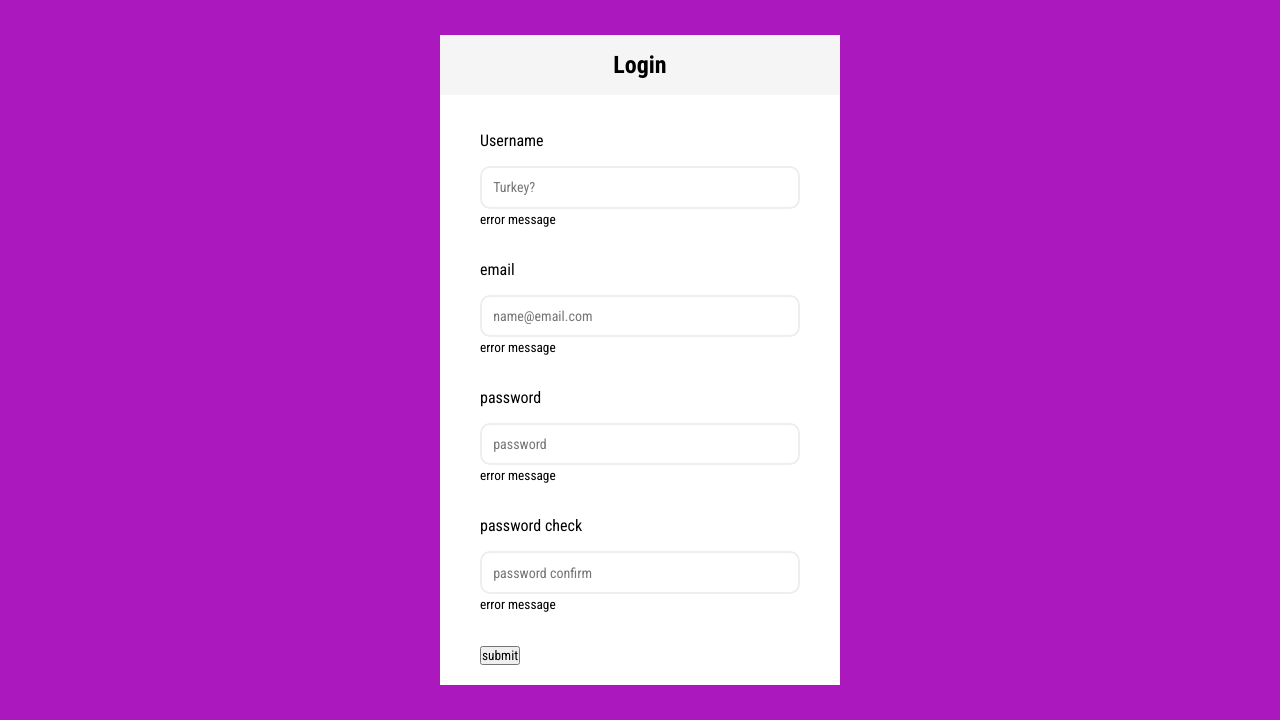
Repository: Abdoulrhman-altyeb/form-_validation-
Page: index.html
The author's editor kept a copy of each file at every save. The page is drawn from the files as they stood at one save, then again after the next save.
The browser window is 1280 px wide. The pictures show the whole page.

Above is the page before, as saved 2021-05-23 20:49:56.

### index.html
<!DOCTYPE html>
<html lang="en">
<head>
    <meta charset="UTF-8">
    <meta http-equiv="X-UA-Compatible" content="IE=edge">
    <meta name="viewport" content="width=device-width, initial-scale=1.0">
    <link rel="stylesheet" href="style.css">
    <link rel="stylesheet" href="https://cdnjs.cloudflare.com/ajax/libs/font-awesome/5.15.3/css/all.min.css"
        integrity="sha512-iBBXm8fW90+nuLcSKlbmrPcLa0OT92xO1BIsZ+ywDWZCvqsWgccV3gFoRBv0z+8dLJgyAHIhR35VZc2oM/gI1w=="
        crossorigin="anonymous" referrerpolicy="no-referrer" />
    <script src="script.js" defer></script>
    <title>form validation</title>
</head>
<body>
    <div class="container">
        <div class="header">
            <h2>Login</h2>
        </div>
        <form class="form">
            <div class="form-control">
                <label for="username">Username</label>
                <input type="text" placeholder="Turkey?" id="username">
                <i class="fa fa-check-circle"></i>
                <i class="fa fa-exclamation-circle"></i>
                <small>error message</small>
            </div>
            <div class="form-control">
                <label for="email">email</label>
                <input type="email" placeholder="name@email.com" id="email">
                <i class="fa fa-check-circle"></i>
                <i class="fa fa-exclamation-circle"></i>
                <small>error message</small>
            </div>
            <div class="form-control">
                <label for="password">password</label>
                <input type="password" placeholder="password" id="password">
                <i class="fa fa-check-circle"></i>
                <i class="fa fa-exclamation-circle"></i>
                <small>error message</small>
            </div>
            <div class="form-control">
                <label for="password2">password check</label>
                <input type="password" placeholder="password confirm" id="password2">
                <i class="fa fa-check-circle"></i>
                <i class="fa fa-exclamation-circle"></i>
                <small>error message</small>
            </div>
            <button type="submit">submit</button>
        </form>
    </div>
</body>
</html>

### style.css
@import url('https://fonts.googleapis.com/css2?family=Roboto+Condensed:wght@400;700&display=swap');
*{
    padding:0;
    margin:0;
    box-sizing:border-box;
    font-family: 'Roboto Condensed', sans-serif;
}
body{
    display: flex;
    justify-content: center;
    align-items: center;
    min-height:100vh;
    background:rgb(171, 25, 190);
}
.container{
    background:white;
    width:400px;
    display: flex;
    flex-direction: column;
}
.header{
    text-align: center;
    padding:10px 40px;
    padding:1rem;
    background:whitesmoke;
    margin-bottom:1rem;
}
.form{
    padding:20px 40px;
}
.form-control{
    margin-bottom:1rem;
    padding-bottom:1rem;
    position: relative;
}
.form-control label{
    display: inline-block;
    margin-bottom:1rem;
}
.form-control input{
    display: block;
    border:2px solid #eee;
    width:100%;
    padding:0.7rem;
    font-size:14px;
    border-radius:10px;
}
.form-control i {
    position: absolute;
    top: 50px;
    right:1rem;
    visibility: hidden;
}

Loaded but not shown: script.js (no copy from this time; the picture is the same without it)

After the next save:
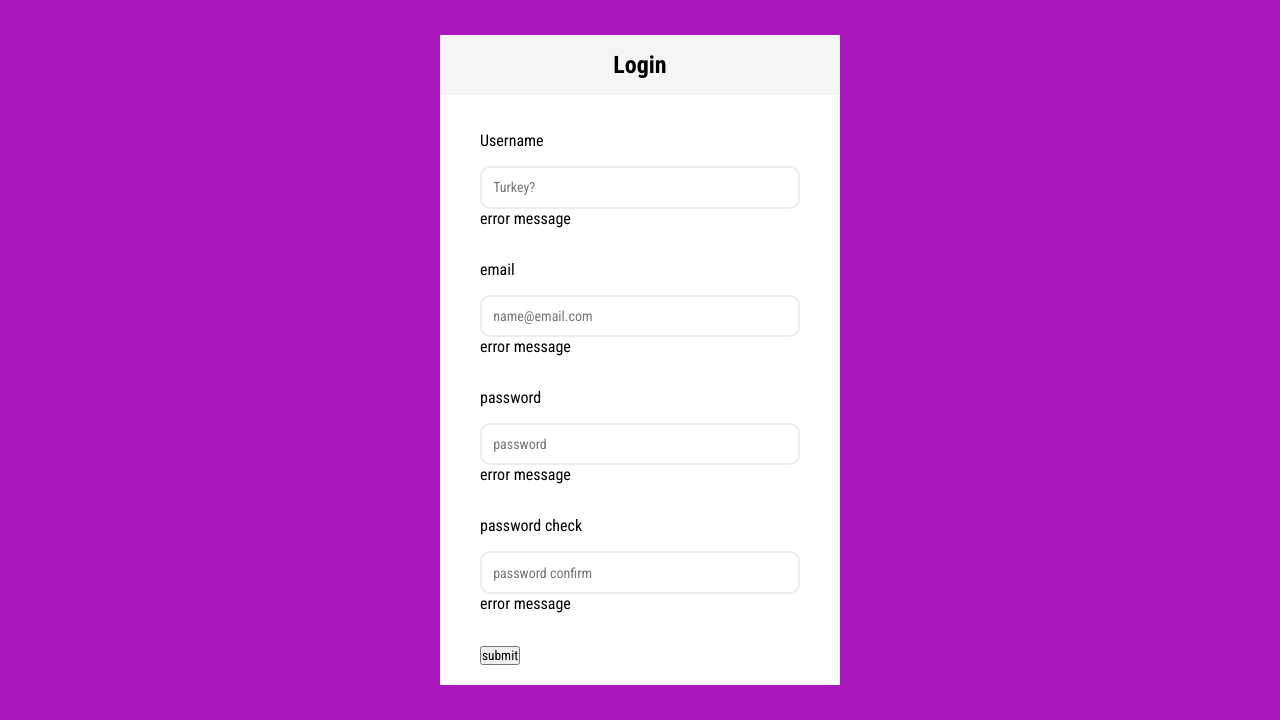
Saved 24 s later.
--- a/style.css
+++ b/style.css
@@ -51,3 +51,6 @@ body{
     right:1rem;
     visibility: hidden;
 }
+.form-control small {
+    font-size:1rem;
+}
